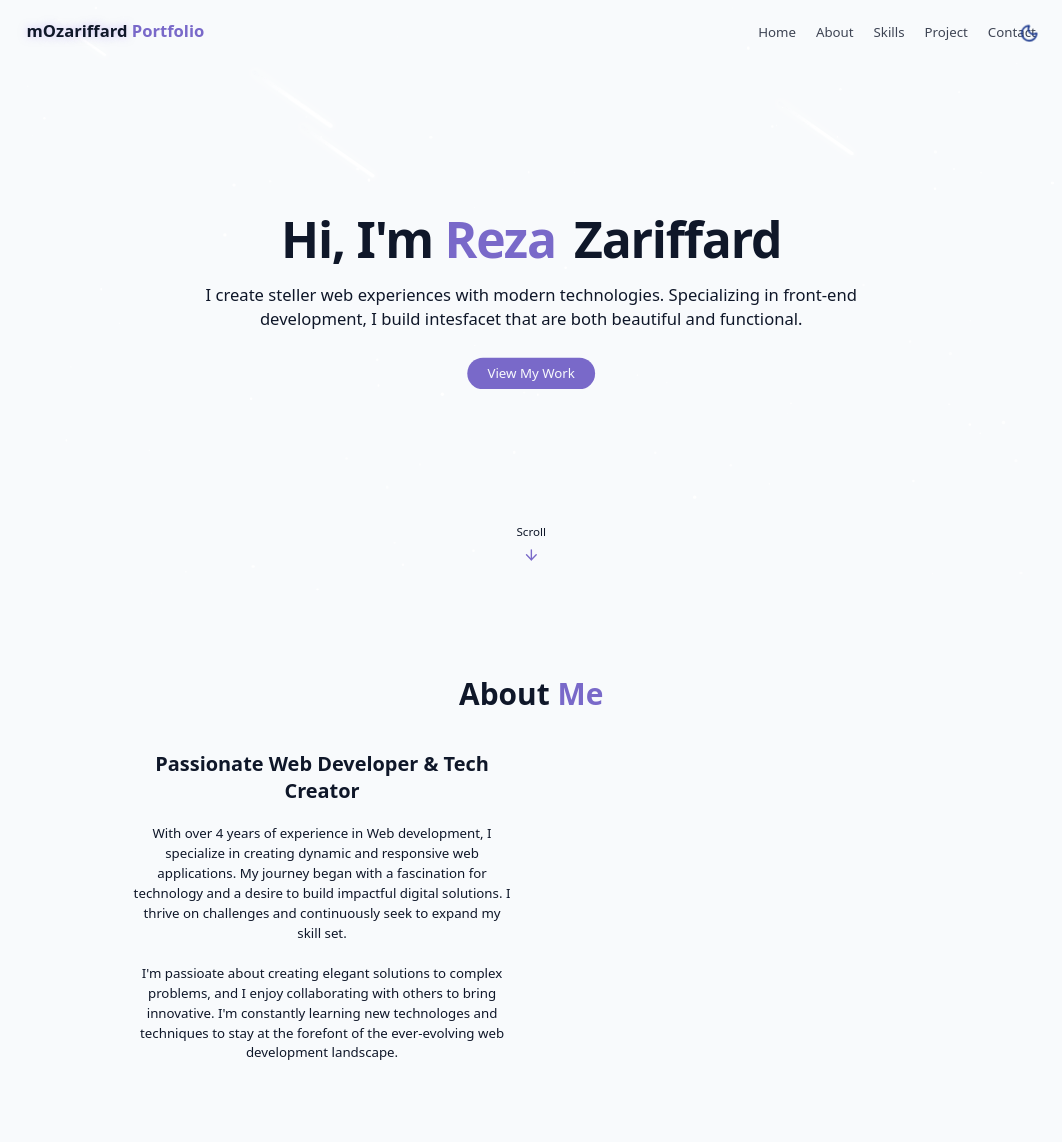
Repository: mOzariffard/Portfolio
Page: /
These files come from the project's save history. The page is drawn as it stood at one moment and after the next save; the edit follows.
The browser window is 1280 px wide. The pictures show the whole page, at 83% of full size.
The project was rebuilt for these pictures with package versions that can differ from the ones it lists, and the page was loaded fresh each time. Also part of the build but not shown: vite.config.js, src/pages/NotFound.jsx.

Above is the page before, as saved 2025-06-29 14:44:44.

After the next save:
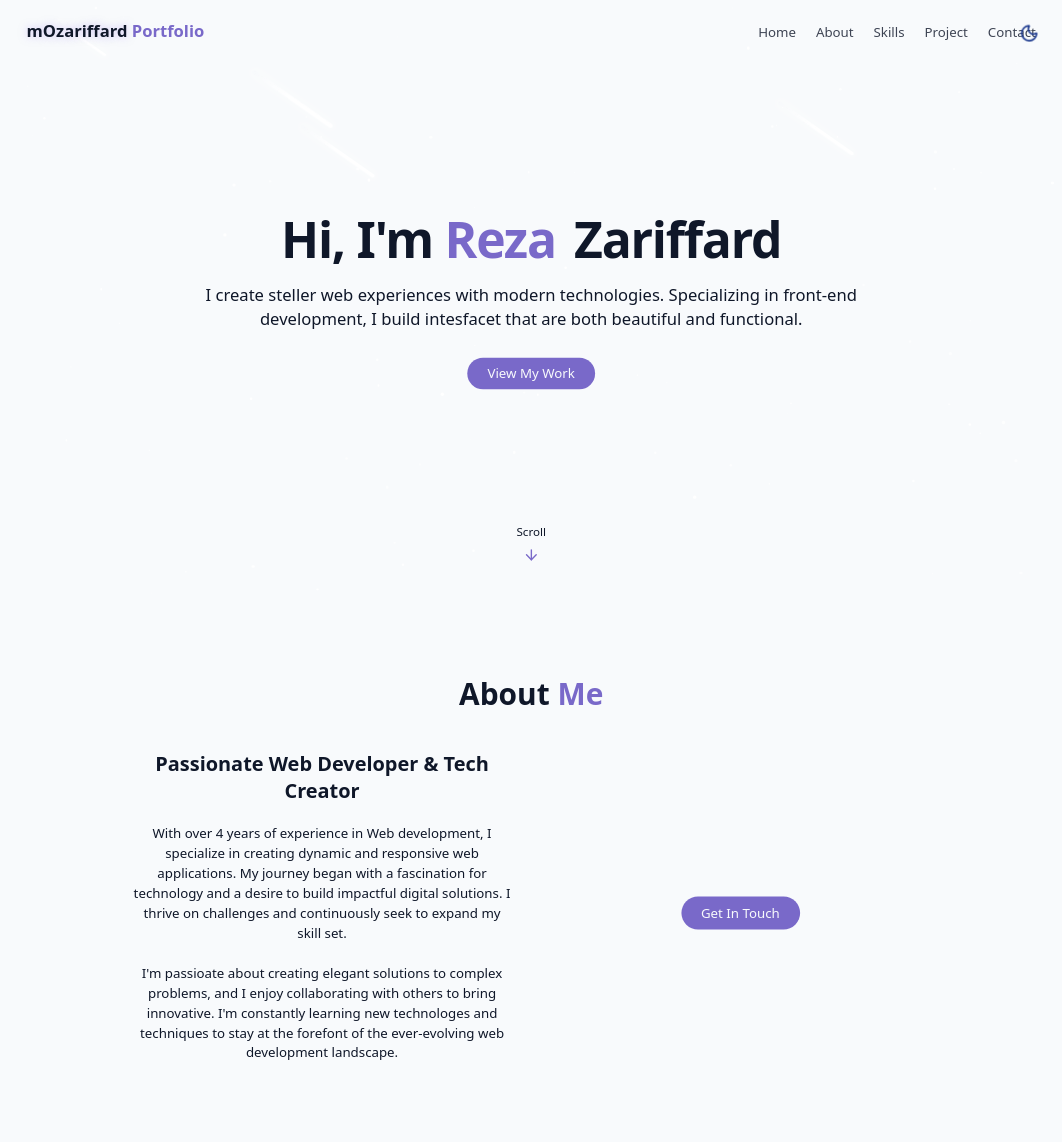
Saved 6 min 9 s later.
--- a/src/components/AboutSection.jsx
+++ b/src/components/AboutSection.jsx
@@ -31,7 +31,11 @@ const AboutSection = () => {
           </p>
         </div>
 
-        <div className='flex flex-col sm:flex-row gap-4 pt-4 justify-center '></div>
+        <div className='flex flex-col sm:flex-row gap-4 pt-4 justify-center '>
+          <a href="#contanct" className='cosmic-button'>
+            Get In Touch
+          </a>
+        </div>
       </div>
       </div>
     </section>
